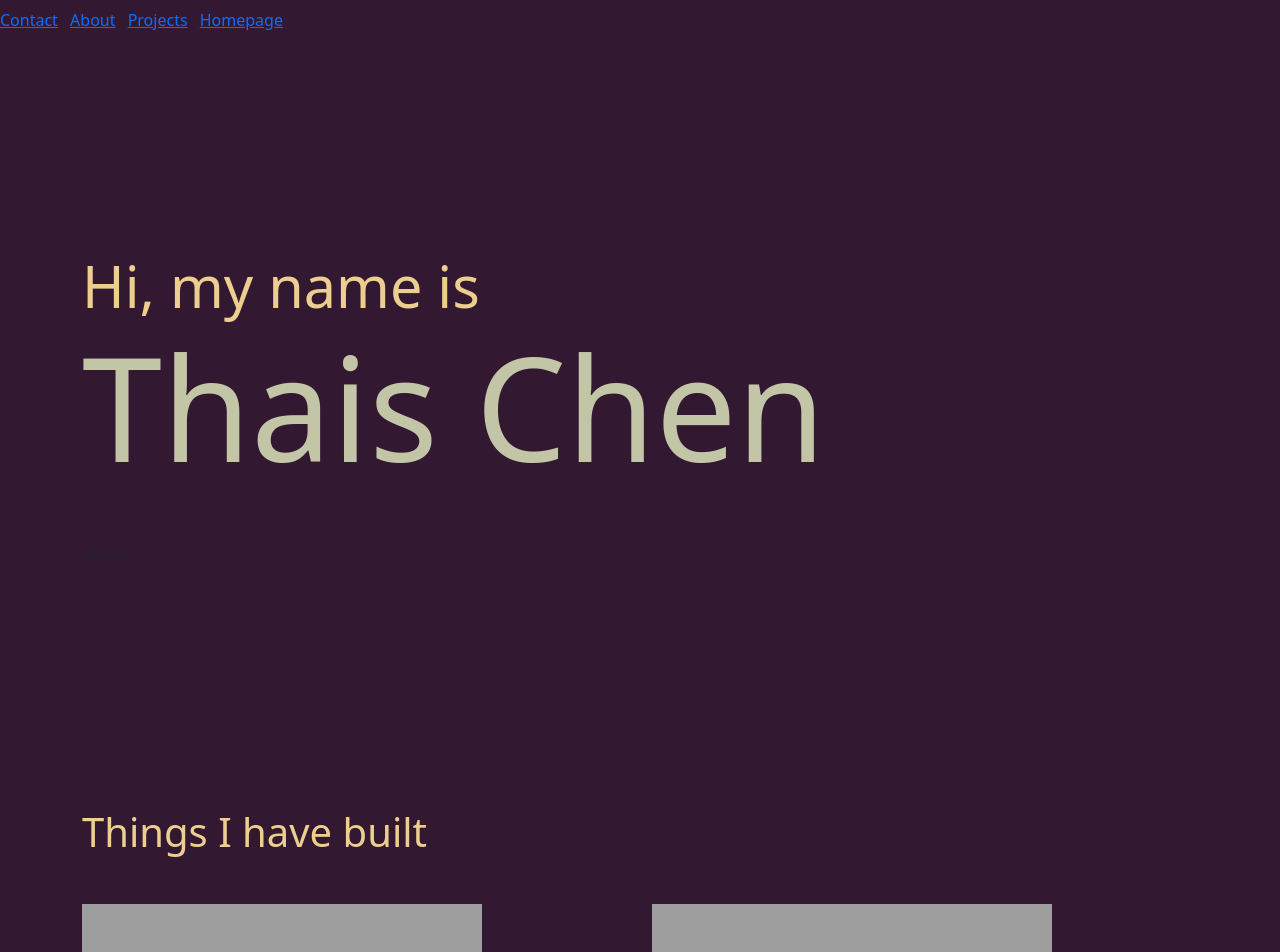
Repository: thais-chen/Portfolio
Page: index.html
The author's editor kept a copy of each file at every save. The page is drawn from the files as they stood at one save, then again after a run of saves.
The browser window is 1280 px wide. The pictures show the part of the page from y = 0 to 952 px (the page is 2059 px tall).
Pictures or frames that could not be fetched are drawn as grey boxes.

Above is the page before, as saved 2022-06-17 21:20:28.

After the next 2 saves:
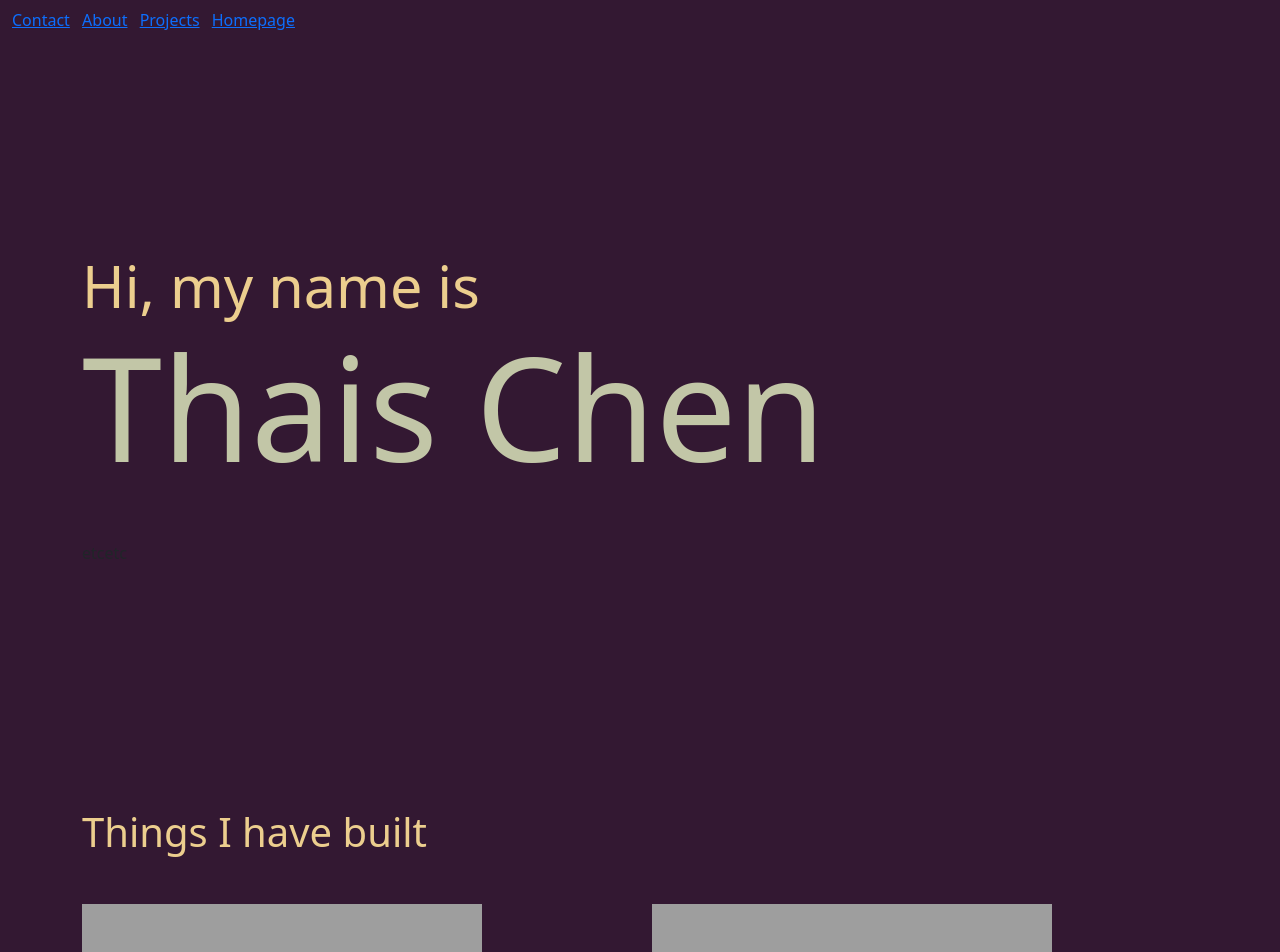
The 2 saves are shown as one change because they came seconds apart.
The last was saved 8 s later.
--- a/index.html
+++ b/index.html
@@ -14,15 +14,15 @@
     <header>
         <nav class="navbar">
             <div class="container-fluid">
+                <ul class="list-inline">
+                    <li class="list-inline-item"><a href="#contact" > Contact</a></li>
+                    <li class="list-inline-item"><a href="#about"> About</a> </li>
+                    <li class="list-inline-item"><a href="#projects"> Projects</a></li>
+                    <li class="list-inline-item"><a href="#"> Homepage </a> </li>
+                </ul>
+            </nav>
+            </div>
 
-            </div>
-            <ul class="list-inline">
-                <li class="list-inline-item"><a href="#contact" > Contact</a></li>
-                <li class="list-inline-item"><a href="#about"> About</a> </li>
-                <li class="list-inline-item"><a href="#projects"> Projects</a></li>
-                <li class="list-inline-item"><a href="#"> Homepage </a> </li>
-            </ul>
-        </nav>
     </header>
     <main>
         <div class="container">
